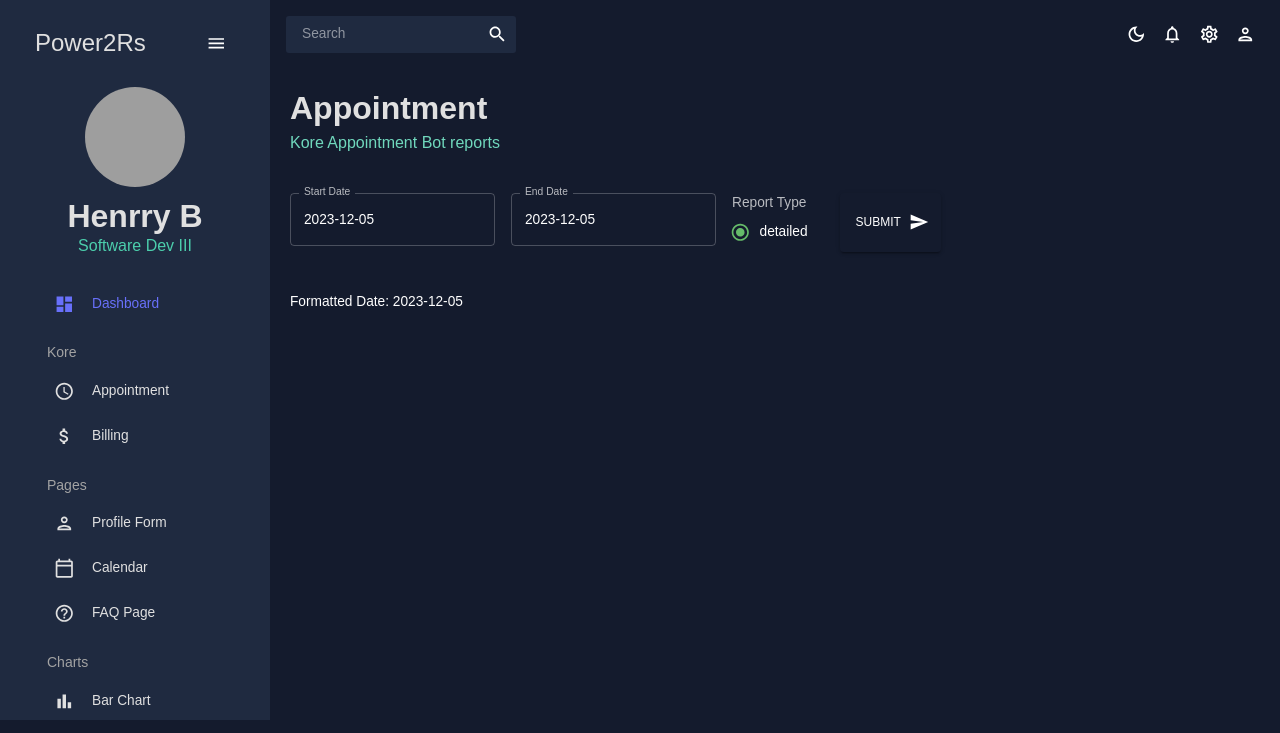
Repository: HenrryWith2Rs/reporthub
Page: /kore/appt (app in ui/)
These files come from the project's save history. The page is drawn as it stood at one moment and after the next save; the edit follows.
The browser window is 1280 px wide. The pictures show the whole page.
Pictures or frames that could not be fetched are drawn as grey boxes. The project was rebuilt for these pictures with package versions that can differ from the ones it lists, and the page was loaded fresh each time. Also part of the build but not shown: ui/vite.config.ts, ui/src/data/mockData.ts, ui/src/components/LineChart.tsx, ui/src/data/mockGeoFeatures.ts, ui/src/components/GeographyChart.tsx, ui/src/data/dataParser.ts, ui/src/components/BarChart.tsx, ui/src/components/ProgressCircle.tsx and 7 more.

Above is the page before, as saved 2023-12-06 16:30:23.

### ui/src/main.tsx
import React from 'react';
import ReactDOM from 'react-dom/client';
import { BrowserRouter } from 'react-router-dom';
import App from './App.tsx';
import './index.css';
import { LocalizationProvider } from '@mui/x-date-pickers';
import { AdapterDateFns } from '@mui/x-date-pickers/AdapterDateFns';
import { QueryClient, QueryClientProvider } from '@tanstack/react-query';
// import {ReactQueryDevtools} from "@tanstack/react-query-devtools"

const queryClient = new QueryClient();

ReactDOM.createRoot(document.getElementById('root')!).render(
  <React.StrictMode>
    <LocalizationProvider dateAdapter={AdapterDateFns}>
      <BrowserRouter>
        <QueryClientProvider client={queryClient}>
          <App />
        </QueryClientProvider>
      </BrowserRouter>
    </LocalizationProvider>
  </React.StrictMode>
);

### ui/src/App.tsx
import { Routes, Route } from 'react-router-dom';
import ThemeRegistry from './ThemeRegistry/ThemeRegistry';
import Topbar from './scenes/global/Topbar';
import Sidebar from './scenes/global/Sidebar';
import Dashboard from './scenes/dashboard';
import Appointment from './scenes/appointment';
import Bar from './scenes/bar';
import Pie from './scenes/pie';
import Line from './scenes/line';
import Geography from './scenes/geography';

function App() {
  return (
    <ThemeRegistry>
      <div className="app">
        <Sidebar />
        <main className="content">
          <Topbar />
          <Routes>
            <Route path="/" element={<Dashboard />} />
            <Route path="/kore/appt" element={<Appointment />} />
            <Route path="/bar" element={<Bar />} />
            <Route path="/pie" element={<Pie />} />
            <Route path="/line" element={<Line />} />
            <Route path="/geography" element={<Geography />} />
          </Routes>
        </main>
      </div>
    </ThemeRegistry>
  );
}

export default App;

### ui/src/index.css
@import url('https://fonts.googleapis.com/css2?family=Poppins:wght@300;400;500;600&family=Source+Code+Pro:wght@400;600;700&display=swap');

html,
body,
#root,
.app,
.content {
  height: 100%;
  width: 100%;
  font-family: 'Source Sans Pro', sans-serif;
}

.app {
  display: flex;
  position: relative;
}

::-webkit-scrollbar {
  width: 10px;
}

/* Track */
::-webkit-scrollbar-track {
  background: #e0e0e0;
}

/* Handle */
::-webkit-scrollbar-thumb {
  background: #888;
}

/* Handle on hover */
::-webkit-scrollbar-thumb:hover {
  background: #555;
}

### ui/src/ThemeRegistry/ThemeRegistry.tsx
import { ThemeProvider, CssBaseline } from '@mui/material';
import { ColorModeContext, useMode } from './theme';

export default function ThemeRegistry({
  children,
}: {
  children: React.ReactNode;
}) {
  const [theme, colorMode] = useMode();
  return (
    <ColorModeContext.Provider value={colorMode}>
      <ThemeProvider theme={theme}>
        {/* CssBaseline kickstart an elegant, consistent, and simple baseline to build upon. */}
        <CssBaseline />
        {children}
      </ThemeProvider>
    </ColorModeContext.Provider>
  );
}

### ui/src/scenes/global/Topbar.tsx
import { Box, IconButton, useTheme } from '@mui/material';
import { useContext } from 'react';
import { ColorModeContext, tokens } from '../../ThemeRegistry/theme';
import InputBase from '@mui/material/InputBase';
import LightModeOutlinedIcon from '@mui/icons-material/LightModeOutlined';
import DarkModeOutlinedIcon from '@mui/icons-material/DarkModeOutlined';
import NotificationsOutlinedIcon from '@mui/icons-material/NotificationsOutlined';
import SettingsOutlinedIcon from '@mui/icons-material/SettingsOutlined';
import PersonOutlinedIcon from '@mui/icons-material/PersonOutlined';
import SearchIcon from '@mui/icons-material/Search';

const Topbar = () => {
  const theme = useTheme();
  const colors = tokens(theme.palette.mode);
  const colorMode = useContext(ColorModeContext);

  return (
    <Box display="flex" justifyContent="space-between" p={2}>
      {/* SEARCH BAR */}
      <Box
        sx={{
          display: 'flex',
          backgroundColor: colors.primary[400],
          borderRadius: '3px',
        }}
      >
        <InputBase sx={{ ml: 2, flex: 1 }} placeholder="Search" />
        <IconButton type="button" sx={{ p: 1 }}>
          <SearchIcon />
        </IconButton>
      </Box>

      {/* ICONS */}
      <Box display="flex">
        <IconButton onClick={colorMode.toggleColorMode}>
          {theme.palette.mode === 'dark' ? (
            <DarkModeOutlinedIcon />
          ) : (
            <LightModeOutlinedIcon />
          )}
        </IconButton>
        <IconButton>
          <NotificationsOutlinedIcon />
        </IconButton>
        <IconButton>
          <SettingsOutlinedIcon />
        </IconButton>
        <IconButton>
          <PersonOutlinedIcon />
        </IconButton>
      </Box>
    </Box>
  );
};

export default Topbar;

### ui/src/scenes/global/Sidebar.tsx
import { useState } from 'react';
import { ProSidebar, Menu, MenuItem } from 'react-pro-sidebar';
import { Box, IconButton, Typography, useTheme } from '@mui/material';
import { Link } from 'react-router-dom';
import 'react-pro-sidebar/dist/css/styles.css';
import { tokens } from '../../ThemeRegistry/theme';
import DashboardIcon from '@mui/icons-material/Dashboard';
import AccessTimeIcon from '@mui/icons-material/AccessTime';
import AttachMoneyIcon from '@mui/icons-material/AttachMoney';

import PersonOutlinedIcon from '@mui/icons-material/PersonOutlined';
import CalendarTodayOutlinedIcon from '@mui/icons-material/CalendarTodayOutlined';
import HelpOutlineOutlinedIcon from '@mui/icons-material/HelpOutlineOutlined';
import BarChartOutlinedIcon from '@mui/icons-material/BarChartOutlined';
import PieChartOutlineOutlinedIcon from '@mui/icons-material/PieChartOutlineOutlined';
import TimelineOutlinedIcon from '@mui/icons-material/TimelineOutlined';
import MenuOutlinedIcon from '@mui/icons-material/MenuOutlined';
import MapOutlinedIcon from '@mui/icons-material/MapOutlined';

type ItemProps = {
  title: string;
  to: string;
  icon: JSX.Element;
  selected: string;
  setSelected: React.Dispatch<React.SetStateAction<string>>;
};

const Item: React.FC<ItemProps> = ({
  title,
  to,
  icon,
  selected,
  setSelected,
}) => {
  const theme = useTheme();
  const colors = tokens(theme.palette.mode);
  return (
    <MenuItem
      active={selected === title}
      style={{
        color: colors.grey[100],
      }}
      onClick={() => setSelected(title)}
      icon={icon}
    >
      <Typography>{title}</Typography>
      <Link to={to} />
    </MenuItem>
  );
};

const Sidebar = () => {
  const theme = useTheme();
  const colors = tokens(theme.palette.mode);
  const [isCollapsed, setIsCollapsed] = useState(false);
  const [selected, setSelected] = useState('Dashboard');

  return (
    <Box
      sx={{
        '& .pro-sidebar-inner': {
          background: `${colors.primary[400]} !important`,
        },
        '& .pro-icon-wrapper': {
          backgroundColor: 'transparent !important',
        },
        '& .pro-inner-item': {
          padding: '5px 35px 5px 20px !important',
        },
        '& .pro-inner-item:hover': {
          color: '#868dfb !important',
        },
        '& .pro-menu-item.active': {
          color: '#6870fa !important',
        },
      }}
    >
      <ProSidebar collapsed={isCollapsed}>
        <Menu iconShape="square">
          {/* LOGO AND MENU ICON */}
          <MenuItem
            onClick={() => setIsCollapsed(!isCollapsed)}
            icon={isCollapsed ? <MenuOutlinedIcon /> : undefined}
            style={{
              margin: '10px 0 20px 0',
              color: colors.grey[100],
            }}
          >
            {!isCollapsed && (
              <Box
                display="flex"
                justifyContent="space-between"
                alignItems="center"
                ml="15px"
              >
                <Typography variant="h3" color={colors.grey[100]}>
                  Power2Rs
                </Typography>
                <IconButton onClick={() => setIsCollapsed(!isCollapsed)}>
                  <MenuOutlinedIcon />
                </IconButton>
              </Box>
            )}
          </MenuItem>

          {!isCollapsed && (
            <Box mb="25px">
              <Box display="flex" justifyContent="center" alignItems="center">
                <img
                  alt="profile-user"
                  width="100px"
                  height="100px"
                  src={`../../assets/me.png`}
                  style={{ cursor: 'pointer', borderRadius: '50%' }}
                />
              </Box>
              <Box textAlign="center">
                <Typography
                  variant="h2"
                  color={colors.grey[100]}
                  fontWeight="bold"
                  sx={{ m: '10px 0 0 0' }}
                >
                  Henrry B
                </Typography>
                <Typography variant="h5" color={colors.greenAccent[500]}>
                  Software Dev III
                </Typography>
              </Box>
            </Box>
          )}

          <Box paddingLeft={isCollapsed ? undefined : '10%'}>
            <Item
              title="Dashboard"
              to="/"
              icon={<DashboardIcon />}
              selected={selected}
              setSelected={setSelected}
            />

            <Typography
              variant="h6"
              color={colors.grey[300]}
              sx={{ m: '15px 0 5px 20px' }}
            >
              Kore
            </Typography>
            <Item
              title="Appointment"
              to="/kore/appt"
              icon={<AccessTimeIcon />}
              selected={selected}
              setSelected={setSelected}
            />
            <Item
              title="Billing"
              to="/kore/bill"
              icon={<AttachMoneyIcon />}
              selected={selected}
              setSelected={setSelected}
            />

            <Typography
              variant="h6"
              color={colors.grey[300]}
              sx={{ m: '15px 0 5px 20px' }}
            >
              Pages
            </Typography>
            <Item
              title="Profile Form"
              to="/form"
              icon={<PersonOutlinedIcon />}
              selected={selected}
              setSelected={setSelected}
            />
            <Item
              title="Calendar"
              to="/calendar"
              icon={<CalendarTodayOutlinedIcon />}
              selected={selected}
              setSelected={setSelected}
            />
            <Item
              title="FAQ Page"
              to="/faq"
              icon={<HelpOutlineOutlinedIcon />}
              selected={selected}
              setSelected={setSelected}
            />

            <Typography
              variant="h6"
              color={colors.grey[300]}
              sx={{ m: '15px 0 5px 20px' }}
            >
              Charts
            </Typography>
            <Item
              title="Bar Chart"
              to="/bar"
              icon={<BarChartOutlinedIcon />}
              selected={selected}
              setSelected={setSelected}
            />
            <Item
              title="Pie Chart"
              to="/pie"
              icon={<PieChartOutlineOutlinedIcon />}
              selected={selected}
              setSelected={setSelected}
            />
            <Item
              title="Line Chart"
              to="/line"
              icon={<TimelineOutlinedIcon />}
              selected={selected}
              setSelected={setSelected}
            />
            <Item
              title="Geography Chart"
              to="/geography"
              icon={<MapOutlinedIcon />}
              selected={selected}
              setSelected={setSelected}
            />
          </Box>
        </Menu>
      </ProSidebar>
    </Box>
  );
};

export default Sidebar;

### ui/src/scenes/appointment/index.tsx
import { useState } from 'react';
import { useTheme, Box, Stack, Button } from '@mui/material';
import {
  FormControl,
  FormLabel,
  FormControlLabel,
  RadioGroup,
  Radio,
} from '@mui/material';
import SendIcon from '@mui/icons-material/Send';
import { tokens } from '../../ThemeRegistry/theme';
import Header from '../../components/Header';
import { DatePicker } from '@mui/x-date-pickers/DatePicker';
import { format } from 'date-fns';
import { getLastNDays } from '../../utils/dateUtils';

const Appointment = () => {
  const theme = useTheme();
  const colors = tokens(theme.palette.mode);

  const [dateStart, setDateStart] = useState<Date | null>(new Date());
  const [dateEnd, setDateEnd] = useState<Date | null>(new Date());
  const [reportType, setReportType] = useState<string>('detailed');

  const handleRadioChange = () => {};

  return (
    <Box m="20px">
      <Header title="Appointment" subtitle="Kore Appointment Bot reports" />
      <Box m="40px 0 0 0" height="75vh">
        <Stack direction="row" spacing={2}>
          <DatePicker
            label="Start Date"
            format="yyyy-MM-dd"
            value={dateStart}
            onChange={(newValue) => setDateStart(newValue)}
          />
          <DatePicker
            label="End Date"
            format="yyyy-MM-dd"
            value={dateEnd}
            onChange={(newValue) => setDateEnd(newValue)}
          />
          <FormControl>
            <FormLabel>Report Type</FormLabel>
            <RadioGroup
              row
              name="row-radio-buttons-group"
              value={reportType}
              onChange={handleRadioChange}
            >
              <FormControlLabel
                value="detailed"
                control={<Radio color="success" />}
                label="detailed"
              />
            </RadioGroup>
          </FormControl>
          <Button variant="contained" endIcon={<SendIcon />}>
            Submit
          </Button>
        </Stack>
        <Box m="40px 0 0 0" height="10vh">
          {dateStart && (
            <div>Formatted Date: {format(dateStart, 'yyyy-MM-dd')}</div>
          )}
        </Box>
      </Box>
    </Box>
  );
};

export default Appointment;

### ui/src/ThemeRegistry/theme.ts
import { createContext, useState, useMemo } from 'react';
import { Theme, createTheme } from '@mui/material/styles';

type Mode = 'dark' | 'light';

// color design tokens export
export const tokens = (mode: Mode) => ({
  ...(mode === 'dark'
    ? {
        grey: {
          100: '#e0e0e0',
          200: '#c2c2c2',
          300: '#a3a3a3',
          400: '#858585',
          500: '#666666',
          600: '#525252',
          700: '#3d3d3d',
          800: '#292929',
          900: '#141414',
        },
        primary: {
          100: '#d0d1d5',
          200: '#a1a4ab',
          300: '#727681',
          400: '#1F2A40',
          500: '#141b2d',
          600: '#101624',
          700: '#0c101b',
          800: '#080b12',
          900: '#040509',
        },
        greenAccent: {
          100: '#dbf5ee',
          200: '#b7ebde',
          300: '#94e2cd',
          400: '#70d8bd',
          500: '#4cceac',
          600: '#3da58a',
          700: '#2e7c67',
          800: '#1e5245',
          900: '#0f2922',
        },
        redAccent: {
          100: '#f8dcdb',
          200: '#f1b9b7',
          300: '#e99592',
          400: '#e2726e',
          500: '#db4f4a',
          600: '#af3f3b',
          700: '#832f2c',
          800: '#58201e',
          900: '#2c100f',
        },
        blueAccent: {
          100: '#e1e2fe',
          200: '#c3c6fd',
          300: '#a4a9fc',
          400: '#868dfb',
          500: '#6870fa',
          600: '#535ac8',
          700: '#3e4396',
          800: '#2a2d64',
          900: '#151632',
        },
      }
    : {
        grey: {
          100: '#141414',
          200: '#292929',
          300: '#3d3d3d',
          400: '#525252',
          500: '#666666',
          600: '#858585',
          700: '#a3a3a3',
          800: '#c2c2c2',
          900: '#e0e0e0',
        },
        primary: {
          100: '#040509',
          200: '#080b12',
          300: '#0c101b',
          400: '#f2f0f0', // manually changed
          500: '#141b2d',
          600: '#1F2A40',
          700: '#727681',
          800: '#a1a4ab',
          900: '#d0d1d5',
        },
        greenAccent: {
          100: '#0f2922',
          200: '#1e5245',
          300: '#2e7c67',
          400: '#3da58a',
          500: '#4cceac',
          600: '#70d8bd',
          700: '#94e2cd',
          800: '#b7ebde',
          900: '#dbf5ee',
        },
        redAccent: {
          100: '#2c100f',
          200: '#58201e',
          300: '#832f2c',
          400: '#af3f3b',
          500: '#db4f4a',
          600: '#e2726e',
          700: '#e99592',
          800: '#f1b9b7',
          900: '#f8dcdb',
        },
        blueAccent: {
          100: '#151632',
          200: '#2a2d64',
          300: '#3e4396',
          400: '#535ac8',
          500: '#6870fa',
          600: '#868dfb',
          700: '#a4a9fc',
          800: '#c3c6fd',
          900: '#e1e2fe',
        },
      }),
});

// mui theme settings
export const themeSettings = (mode: Mode) => {
  const colors = tokens(mode);
  return {
    palette: {
      mode: mode,
      ...(mode === 'dark'
        ? {
            // palette values for dark mode
            primary: {
              main: colors.primary[500],
            },
            secondary: {
              main: colors.greenAccent[500],
            },
            neutral: {
              dark: colors.grey[700],
              main: colors.grey[500],
              light: colors.grey[100],
            },
            background: {
              default: colors.primary[500],
            },
          }
        : {
            // palette values for light mode
            primary: {
              main: colors.primary[100],
            },
            secondary: {
              main: colors.greenAccent[500],
            },
            neutral: {
              dark: colors.grey[700],
              main: colors.grey[500],
              light: colors.grey[100],
            },
            background: {
              default: '#fcfcfc',
            },
          }),
    },
    typography: {
      fontFamily: ['Source Sans Pro', 'sans-serif'].join(','),
      fontSize: 12,
      h1: {
        fontFamily: ['Source Sans Pro', 'sans-serif'].join(','),
        fontSize: 40,
      },
      h2: {
        fontFamily: ['Source Sans Pro', 'sans-serif'].join(','),
        fontSize: 32,
      },
      h3: {
        fontFamily: ['Source Sans Pro', 'sans-serif'].join(','),
        fontSize: 24,
      },
      h4: {
        fontFamily: ['Source Sans Pro', 'sans-serif'].join(','),
        fontSize: 20,
      },
      h5: {
        fontFamily: ['Source Sans Pro', 'sans-serif'].join(','),
        fontSize: 16,
      },
      h6: {
        fontFamily: ['Source Sans Pro', 'sans-serif'].join(','),
        fontSize: 14,
      },
    },
  };
};

// context for color mode
export const ColorModeContext = createContext({
  toggleColorMode: () => {},
});

export const useMode = (): [Theme, { toggleColorMode: () => void }] => {
  const [mode, setMode] = useState<Mode>('dark');

  const colorMode = useMemo(
    () => ({
      toggleColorMode: () =>
        setMode((prev) => (prev === 'light' ? 'dark' : 'light')),
    }),
    []
  );

  const theme = useMemo(() => createTheme(themeSettings(mode)), [mode]);
  return [theme, colorMode];
};

### ui/src/components/Header.tsx
import { Typography, Box, useTheme } from '@mui/material';
import { tokens } from '../ThemeRegistry/theme';

type HeaderProps = {
  title: string;
  subtitle: string;
};

const Header = ({ title, subtitle }: HeaderProps) => {
  const theme = useTheme();
  const colors = tokens(theme.palette.mode);
  return (
    <Box mb="30px">
      <Typography
        variant="h2"
        color={colors.grey[100]}
        fontWeight="bold"
        sx={{ m: '0 0 5px 0' }}
      >
        {title}
      </Typography>
      <Typography variant="h5" color={colors.greenAccent[400]}>
        {subtitle}
      </Typography>
    </Box>
  );
};

export default Header;

Loaded but not shown: ui/index.html (common file)

After the next save:
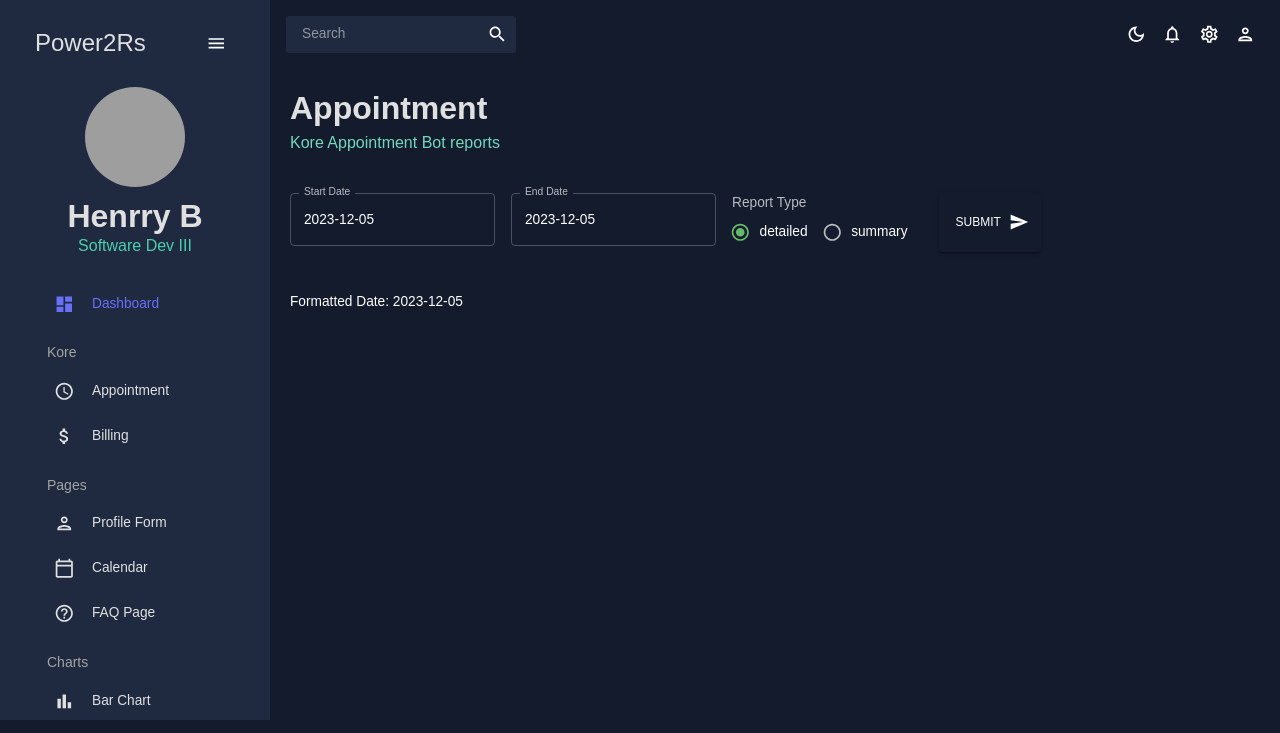
Saved 24 s later.
--- a/ui/src/scenes/appointment/index.tsx
+++ b/ui/src/scenes/appointment/index.tsx
@@ -54,6 +54,11 @@ const Appointment = () => {
                 control={<Radio color="success" />}
                 label="detailed"
               />
+              <FormControlLabel
+                value="summary"
+                control={<Radio color="success" />}
+                label="summary"
+              />
             </RadioGroup>
           </FormControl>
           <Button variant="contained" endIcon={<SendIcon />}>
